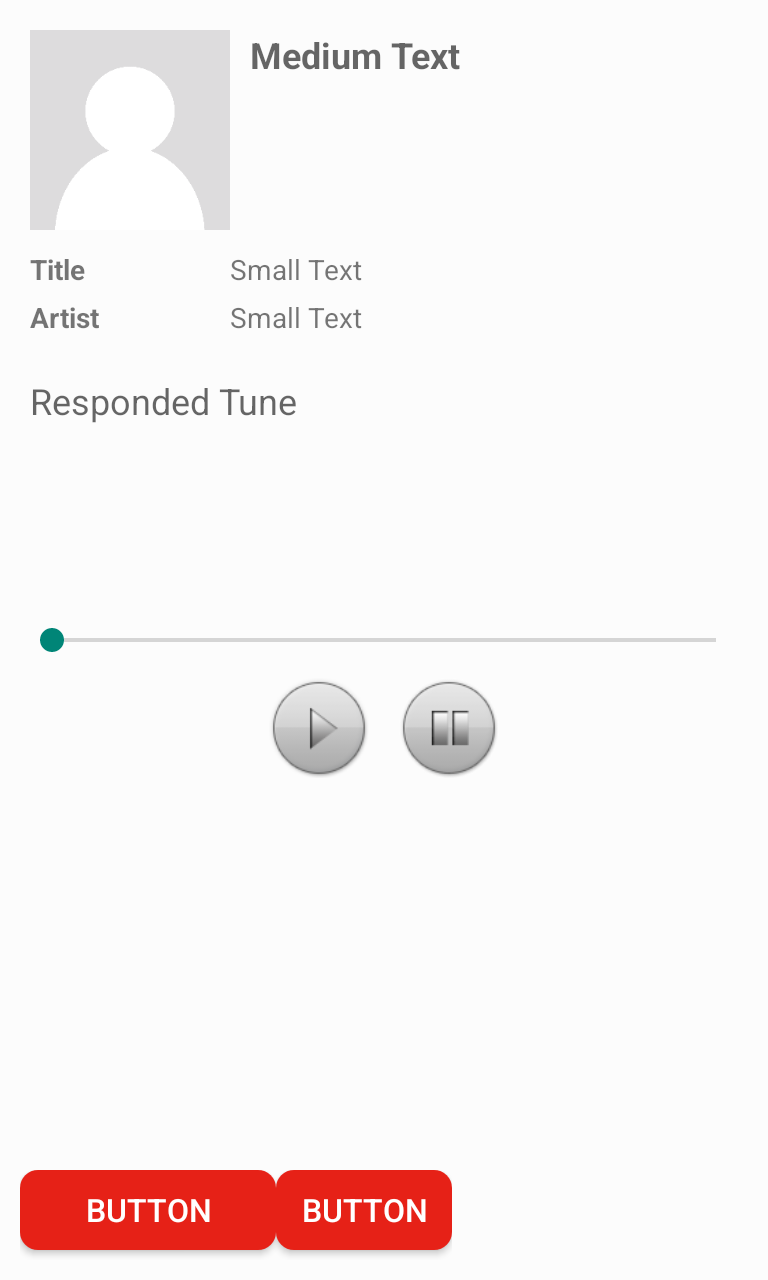
Repository: savindra/cutting-edge
Layout: Humzearch/res/layout/view_response_item.xml
The author's editor kept a copy of each file at every save. The layout is drawn from the files as they stood at one save, then again after the next save.
It is drawn on a 768 x 1280 px phone screen (xhdpi) without system bars, with theme AppTheme; the app's code is not run.

Above is the layout before, as saved 2015-06-15 17:46:28.

### Humzearch/res/layout/view_response_item.xml
<?xml version="1.0" encoding="utf-8"?>
<RelativeLayout xmlns:android="http://schemas.android.com/apk/res/android"
    android:layout_width="match_parent"
    android:layout_height="match_parent"
    android:background="@color/background"
    android:orientation="vertical" >

    <ImageView
        android:id="@+id/imgViewResponseItemUser"
        android:layout_width="100dp"
        android:layout_height="100dp"
        android:layout_alignParentLeft="true"
        android:layout_alignParentTop="true"
        android:layout_marginLeft="15dp"
        android:layout_marginTop="15dp"
        android:src="@drawable/ic_default_user" />

    <LinearLayout
        android:id="@+id/linearLayout1"
        android:layout_width="wrap_content"
        android:layout_height="wrap_content"
        android:layout_alignParentLeft="true"
        android:layout_below="@+id/imgViewResponseItemUser"
        android:layout_marginLeft="15dp"
        android:layout_marginTop="10dp" >

        <TextView
            android:id="@+id/textView1"
            android:layout_width="100dp"
            android:layout_height="wrap_content"
            android:text="@string/title"
            android:textAppearance="?android:attr/textAppearanceSmall"
            android:textStyle="bold" />

        <TextView
            android:id="@+id/txtViewResponseItemTitle"
            android:layout_width="wrap_content"
            android:layout_height="wrap_content"
            android:text="Small Text"
            android:textAppearance="?android:attr/textAppearanceSmall" />
    </LinearLayout>

    <TextView
        android:id="@+id/txtViewResponseName"
        android:layout_width="wrap_content"
        android:layout_height="wrap_content"
        android:layout_alignTop="@+id/imgViewResponseItemUser"
        android:layout_marginLeft="10dp"
        android:layout_toRightOf="@+id/imgViewResponseItemUser"
        android:text="Medium Text"
        android:textAppearance="?android:attr/textAppearanceMedium"
        android:textStyle="bold" />

    <LinearLayout
        android:id="@+id/linearLayout2"
        android:layout_width="wrap_content"
        android:layout_height="wrap_content"
        android:layout_alignLeft="@+id/linearLayout1"
        android:layout_below="@+id/linearLayout1"
        android:layout_marginTop="5dp" >

        <TextView
            android:id="@+id/textView2"
            android:layout_width="100dp"
            android:layout_height="wrap_content"
            android:text="@string/artist"
            android:textAppearance="?android:attr/textAppearanceSmall"
            android:textStyle="bold" />

        <TextView
            android:id="@+id/textView3"
            android:layout_width="wrap_content"
            android:layout_height="wrap_content"
            android:text="Small Text"
            android:textAppearance="?android:attr/textAppearanceSmall" />
    </LinearLayout>

    <TextView
        android:id="@+id/textView4"
        android:layout_width="wrap_content"
        android:layout_height="wrap_content"
        android:layout_alignLeft="@+id/linearLayout2"
        android:layout_below="@+id/linearLayout2"
        android:layout_marginTop="20dp"
        android:text="@string/respondedtune"
        android:textAppearance="?android:attr/textAppearanceMedium" />

    <SeekBar
        android:id="@+id/seekBar1"
        android:layout_width="match_parent"
        android:layout_height="wrap_content"
        android:layout_alignParentLeft="true"
        android:layout_centerVertical="true"
        android:layout_margin="10dp" />

    <LinearLayout
        android:layout_width="match_parent"
        android:layout_height="wrap_content"
        android:layout_below="@+id/seekBar1"
        android:gravity="center" >

        <Button
            android:id="@+id/button1"
            android:layout_width="50dp"
            android:layout_height="50dp"
            android:layout_marginRight="15dp"
            android:background="@drawable/play_button" />

        <Button
            android:id="@+id/button2"
            android:layout_width="50dp"
            android:layout_height="50dp"
            android:background="@drawable/pause_button" />

    </LinearLayout>

    <LinearLayout
        android:layout_width="wrap_content"
        android:layout_height="wrap_content"
        android:layout_alignParentBottom="true"
        android:layout_alignParentLeft="true"
        android:layout_margin="10dp"
        android:orientation="horizontal" >

        <Button
            android:id="@+id/button3"
            android:layout_width="128dp"
            android:layout_height="40dp"
            android:layout_marginBottom="5dp"
            android:layout_weight="0.5"
            android:background="@drawable/buttonshape"
            android:text="Button"
            android:textColor="#FFFFFF"
            android:textSize="16sp" />

        <Button
            android:id="@+id/button4"
            android:layout_width="wrap_content"
            android:layout_height="40dp"
            android:layout_weight="0.5"
            android:background="@drawable/buttonshape"
            android:text="Button"
            android:textColor="#FFFFFF"
            android:textSize="16sp" />

    </LinearLayout>

</RelativeLayout>

### Humzearch/res/values-v21/style.xml
<?xml version="1.0" encoding="utf-8"?>
<resources>
    <style name="AppTheme" parent="AppTheme.Base">
        <!-- Customize your theme using Material Design here. -->
    </style>
</resources>

### Humzearch/res/values/styles.xml
<resources>

    <!-- Base application theme. -->
    <style name="AppTheme" parent="AppTheme.Base"/>

    <style name="AppTheme.Base" parent="Theme.AppCompat.Light.DarkActionBar">
        <!-- Customize your theme here. -->

        <!-- colorPrimary is used for the default action bar background -->
        <item name="colorPrimary">@color/ColorPrimary</item>

        <!-- colorPrimaryDark is used for the status bar -->
        <item name="colorPrimaryDark">@color/ColorPrimaryDark</item>

        <!-- colorAccent is used as the default value for colorControlActivated
             which is used to tint widgets -->

        <!-- You can also set colorControlNormal, colorControlActivated
             colorControlHighlight & colorSwitchThumbNormal. -->

        <item name="homeAsUpIndicator">@drawable/ic_drawer</item>
		<item name="android:homeAsUpIndicator">@drawable/ic_drawer</item>
    </style>

    <style name="AppTheme.NoTitleBar" parent="Theme.AppCompat.Light.NoActionBar">
        <!-- Customize your theme here. -->

        <!-- colorPrimary is used for the default action bar background -->
        <item name="colorPrimary">@color/ColorPrimary</item>

        <!-- colorPrimaryDark is used for the status bar -->
        <item name="colorPrimaryDark">@color/ColorPrimaryDark</item>

        <!-- colorAccent is used as the default value for colorControlActivated
             which is used to tint widgets -->

        <!-- You can also set colorControlNormal, colorControlActivated
             colorControlHighlight & colorSwitchThumbNormal. -->
    </style>

    <style name="AppTheme.BackButton" parent="Theme.AppCompat.Light.DarkActionBar">
        <!-- Customize your theme here. -->

        <!-- colorPrimary is used for the default action bar background -->
        <item name="colorPrimary">@color/ColorPrimary</item>

        <!-- colorPrimaryDark is used for the status bar -->
        <item name="colorPrimaryDark">@color/ColorPrimaryDark</item>

        <!-- colorAccent is used as the default value for colorControlActivated
             which is used to tint widgets -->

        <!-- You can also set colorControlNormal, colorControlActivated
             colorControlHighlight & colorSwitchThumbNormal. -->
    </style>

    <style name="toolbar_bottom" parent="Widget.AppCompat.Toolbar">
    	<item name="contentInsetStart">0dp</item>
    	<item name="contentInsetEnd">0dp</item>
	</style>

</resources>

### Humzearch/res/values/color.xml
<?xml version="1.0" encoding="utf-8"?>
<resources>
    <color name="ColorPrimary">#e62117</color>
    <color name="ColorPrimaryDark">#c31c13</color>
    <color name="tabsScrollColor">#8a140e</color>
    <color name="fontblack">#000</color>

    <!-- Main menu colors -->
    <color name="list_item_title">#303030</color>
    <color name="list_background">#eee</color>
    <color name="list_background_pressed">#aaa</color>
    <color name="list_divider">#ccc</color>
    <color name="counter_text_bg">#626262</color>
    <color name="counter_text_color">#c5c4c4</color>

    <color name="button">#ccc</color>

    <color name="link">#909090</color>
    <color name="secondbar">#f5f5f5</color>
    <color name="background">#fcfcfc</color>

</resources>

### Humzearch/res/values/dimens.xml
<resources>

    <!-- Default screen margins, per the Android Design guidelines. -->
    <dimen name="activity_horizontal_margin">16dp</dimen>
    <dimen name="activity_vertical_margin">16dp</dimen>
    <dimen name="fontsize">18sp</dimen>

    <dimen name="title">17dp</dimen>
    <dimen name="rating">15dip</dimen>
    <dimen name="genre">13dip</dimen>
    <dimen name="year">12dip</dimen>

</resources>

### Humzearch/res/values/strings.xml
<?xml version="1.0" encoding="utf-8"?>
<resources>

    <string name="app_name">Humzearch</string>
    <string name="hello_world">Hello world!</string>
    <string name="action_settings">Settings</string>
    <string name="username">Username</string>
    <string name="email">Email</string>
    <string name="password">Password</string>
    <string name="login">Login</string>
    <string name="firstname">First Name</string>
    <string name="fullname">Full Name</string>
    <string name="firstandlast">First and Last Name</string>
    <string name="passwordhint">At least 6 characters</string>
    <string name="confirmpass">Confirm Password</string>
    <string name="logout">Logout</string>

    <!-- Nav Drawer Menu Items -->
    <string-array name="main_menu_items">
        <item >Record Tune</item>
        <item >View Tunes</item>
        <item >View Responses</item>
        <item >Rewards</item>
        <item >Messages</item>
        <item >My Account</item>
    </string-array>

    <!-- Nav Drawer List Item Icons -->
    <array name="main_menu_icons">
        <item>@drawable/ic_recordtune</item>
        <item>@drawable/ic_viewtune</item>
        <item>@drawable/ic_viewresponse</item>
        <item>@drawable/ic_reward</item>
        <item>@drawable/ic_messages</item>
        <item>@drawable/ic_myaccount</item>
    </array>

    <string name="desc_list_item_icon">Item Icon</string>

    <string name="timerstart">00:00</string>

    <string name="taptorecord">Tap to Record</string>

    <string name="playpreview">Play Preview</string>

    <string name="notsatisfied">Not satisfied with results?</string>

    <string name="sharewithcommunity">SHARE WITH COMMUNITY</string>

    <!-- Language List -->
    <string-array name="language_array">
        <item>-- Not Selected --</item>
        <item>English</item>
        <item>Chinese/Mandarin</item>
        <item>Spanish</item>
        <item>Arabic</item>
        <item>Hindi</item>
        <item>Russain</item>
        <item>Sinhalese</item>
    </string-array>

    <!-- Country List -->
    <string-array name="countries_array">
        <item>Not Selected</item>
	    <item>Afghanistan</item>
	    <item>Albania</item>
	    <item>Algeria</item>
	    <item>American Samoa</item>
	    <item>Andorra</item>
	    <item>Angola</item>
	    <item>Anguilla</item>
	    <item>Antarctica</item>
	    <item>Antigua and Barbuda</item>
	    <item>Argentina</item>
	    <item>Armenia</item>
	    <item>Aruba</item>
	    <item>Australia</item>
	    <item>Austria</item>
	    <item>Azerbaijan</item>
	    <item>Bahrain</item>
	    <item>Bangladesh</item>
	    <item>Barbados</item>
	    <item>Belarus</item>
	    <item>Belgium</item>
	    <item>Belize</item>
	    <item>Benin</item>
	    <item>Bermuda</item>
	    <item>Bhutan</item>
	    <item>Bolivia</item>
	    <item>Bosnia and Herzegovina</item>
	    <item>Botswana</item>
	    <item>Bouvet Island</item>
	    <item>Brazil</item>
	    <item>British Indian Ocean Territory</item>
	    <item>British Virgin Islands</item>
	    <item>Brunei</item>
	    <item>Bulgaria</item>
	    <item>Burkina Faso</item>
	    <item>Burundi</item>
	    <item>Cambodia</item>
	    <item>Cameroon</item>
	    <item>Canada</item>
	    <item>Cape Verde</item>
	    <item>Cayman Islands</item>
	    <item>Central African Republic</item>
	    <item>Chad</item>
	    <item>Chile</item>
	    <item>China</item>
	    <item>Christmas Island</item>
	    <item>Cocos (Keeling) Islands</item>
	    <item>Colombia</item>
	    <item>Comoros</item>
	    <item>Congo</item>
	    <item>Cook Islands</item>
	    <item>Costa Rica</item>
	    <item>Cote d\'Ivoire</item>
	    <item>Croatia</item>
	    <item>Cuba</item>
	    <item>Cyprus</item>
	    <item>Czech Republic</item>
	    <item>Democratic Republic of the Congo</item>
	    <item>Denmark</item>
	    <item>Djibouti</item>
	    <item>Dominica</item>
	    <item>Dominican Republic</item>
	    <item>East Timor</item>
	    <item>Ecuador</item>
	    <item>Egypt</item>
	    <item>El Salvador</item>
	    <item>Equatorial Guinea</item>
	    <item>Eritrea</item>
	    <item>Estonia</item>
	    <item>Ethiopia</item>
	    <item>Faeroe Islands</item>
	    <item>Falkland Islands</item>
	    <item>Fiji</item>
	    <item>Finland</item>
	    <item>Former Yugoslav Republic of Macedonia</item>
	    <item>France</item>
	    <item>French Guiana</item>
	    <item>French Polynesia</item>
	    <item>French Southern Territories</item>
	    <item>Gabon</item>
	    <item>Georgia</item>
	    <item>Germany</item>
	    <item>Ghana</item>
	    <item>Gibraltar</item>
	    <item>Greece</item>
	    <item>Greenland</item>
	    <item>Grenada</item>
	    <item>Guadeloupe</item>
	    <item>Guam</item>
	    <item>Guatemala</item>
	    <item>Guinea</item>
	    <item>Guinea-Bissau</item>
	    <item>Guyana</item>
	    <item>Haiti</item>
	    <item>Heard Island and McDonald Islands</item>
	    <item>Honduras</item>
	    <item>Hong Kong</item>
	    <item>Hungary</item>
	    <item>Iceland</item>
	    <item>India</item>
	    <item>Indonesia</item>
	    <item>Iran</item>
	    <item>Iraq</item>
	    <item>Ireland</item>
	    <item>Israel</item>
	    <item>Italy</item>
	    <item>Jamaica</item>
	    <item>Japan</item>
	    <item>Jordan</item>
	    <item>Kazakhstan</item>
	    <item>Kenya</item>
	    <item>Kiribati</item>
	    <item>Kuwait</item>
	    <item>Kyrgyzstan</item>
	    <item>Laos</item>
	    <item>Latvia</item>
	    <item>Lebanon</item>
	    <item>Lesotho</item>
	    <item>Liberia</item>
	    <item>Libya</item>
	    <item>Liechtenstein</item>
	    <item>Lithuania</item>
	    <item>Luxembourg</item>
	    <item>Macau</item>
	    <item>Madagascar</item>
	    <item>Malawi</item>
	    <item>Malaysia</item>
	    <item>Maldives</item>
	    <item>Mali</item>
	    <item>Malta</item>
	    <item>Marshall Islands</item>
	    <item>Martinique</item>
	    <item>Mauritania</item>
	    <item>Mauritius</item>
	    <item>Mayotte</item>
	    <item>Mexico</item>
	    <item>Micronesia</item>
	    <item>Moldova</item>
	    <item>Monaco</item>
	    <item>Mongolia</item>
	    <item>Montenegro</item>
	    <item>Montserrat</item>
	    <item>Morocco</item>
	    <item>Mozambique</item>
	    <item>Myanmar</item>
	    <item>Namibia</item>
	    <item>Nauru</item>
	    <item>Nepal</item>
	    <item>Netherlands</item>
	    <item>Netherlands Antilles</item>
	    <item>New Caledonia</item>
	    <item>New Zealand</item>
	    <item>Nicaragua</item>
	    <item>Niger</item>
	    <item>Nigeria</item>
	    <item>Niue</item>
	    <item>Norfolk Island</item>
	    <item>North Korea</item>
	    <item>Northern Marianas</item>
	    <item>Norway</item>
	    <item>Oman</item>
	    <item>Pakistan</item>
	    <item>Palau</item>
	    <item>Panama</item>
	    <item>Papua New Guinea</item>
	    <item>Paraguay</item>
	    <item>Peru</item>
	    <item>Philippines</item>
	    <item>Pitcairn Islands</item>
	    <item>Poland</item>
	    <item>Portugal</item>
	    <item>Puerto Rico</item>
	    <item>Qatar</item>
	    <item>Reunion</item>
	    <item>Romania</item>
	    <item>Russia</item>
	    <item>Rwanda</item>
	    <item>Sqo Tome and Principe</item>
	    <item>Saint Helena</item>
	    <item>Saint Kitts and Nevis</item>
	    <item>Saint Lucia</item>
	    <item>Saint Pierre and Miquelon</item>
	    <item>Saint Vincent and the Grenadines</item>
	    <item>Samoa</item>
	    <item>San Marino</item>
	    <item>Saudi Arabia</item>
	    <item>Senegal</item>
	    <item>Serbia</item>
	    <item>Seychelles</item>
	    <item>Sierra Leone</item>
	    <item>Singapore</item>
	    <item>Slovakia</item>
	    <item>Slovenia</item>
	    <item>Solomon Islands</item>
	    <item>Somalia</item>
	    <item>South Africa</item>
	    <item>South Georgia and the South Sandwich Islands</item>
	    <item>South Korea</item>
	    <item>South Sudan</item>
	    <item>Spain</item>
	    <item>Sri Lanka</item>
	    <item>Sudan</item>
	    <item>Suriname</item>
	    <item>Svalbard and Jan Mayen</item>
	    <item>Swaziland</item>
	    <item>Sweden</item>
	    <item>Switzerland</item>
	    <item>Syria</item>
	    <item>Taiwan</item>
	    <item>Tajikistan</item>
	    <item>Tanzania</item>
	    <item>Thailand</item>
	    <item>The Bahamas</item>
	    <item>The Gambia</item>
	    <item>Togo</item>
	    <item>Tokelau</item>
	    <item>Tonga</item>
	    <item>Trinidad and Tobago</item>
	    <item>Tunisia</item>
	    <item>Turkey</item>
	    <item>Turkmenistan</item>
	    <item>Turks and Caicos Islands</item>
	    <item>Tuvalu</item>
	    <item>Virgin Islands</item>
	    <item>Uganda</item>
	    <item>Ukraine</item>
	    <item>United Arab Emirates</item>
	    <item>United Kingdom</item>
	    <item>United States</item>
	    <item>United States Minor Outlying Islands</item>
	    <item>Uruguay</item>
	    <item>Uzbekistan</item>
	    <item>Vanuatu</item>
	    <item>Vatican City</item>
	    <item>Venezuela</item>
	    <item>Vietnam</item>
	    <item>Wallis and Futuna</item>
	    <item>Western Sahara</item>
	    <item>Yemen</item>
	    <item>Yugoslavia</item>
	    <item>Zambia</item>
	    <item>Zimbabwe</item>
 	</string-array>
	    <string name="artist">Artist</string>
	    <string name="language">Language</string>
	    <string name="country">Country</string>
	    <string name="year">Year</string>
	    <string name="share">Share</string>
	    <string name="playtune">Play Tune</string>
	    <string name="addresponse">ADD RESPONSE</string>
	    <string name="title">Title</string>
	    <string name="alltunes">All Tunes</string>
	    <string name="mytunes">My Tunes</string>
	    <string name="deletepermanently">Delete Permanently</string>
	    <string name="respondedtune">Responded Tune</string>

</resources>

### Humzearch/res/drawable/play_button.xml
<?xml version="1.0" encoding="utf-8"?>
<selector xmlns:android="http://schemas.android.com/apk/res/android">
    <item android:drawable="@drawable/ic_play_pressed"
          android:state_pressed="true" />
    <item android:drawable="@drawable/ic_play_focussed"
          android:state_focused="true" />
    <item android:drawable="@drawable/ic_play_normal" />
</selector>

### Humzearch/res/drawable/pause_button.xml
<?xml version="1.0" encoding="utf-8"?>
<selector xmlns:android="http://schemas.android.com/apk/res/android">
    <item android:drawable="@drawable/ic_pause_pressed"
          android:state_pressed="true" />
    <item android:drawable="@drawable/ic_pause_focussed"
          android:state_focused="true" />
    <item android:drawable="@drawable/ic_pause_normal" />
</selector>

### Humzearch/res/drawable/buttonshape.xml
<?xml version="1.0" encoding="utf-8"?>
<shape xmlns:android="http://schemas.android.com/apk/res/android" android:shape="rectangle" >
	<corners
		android:radius="9dp"
	/>
	<solid
		android:color="#e62117"
	/>
	<padding
		android:left="0dp"
		android:top="0dp"
		android:right="0dp"
		android:bottom="0dp"
	/>
</shape>

After the next save:
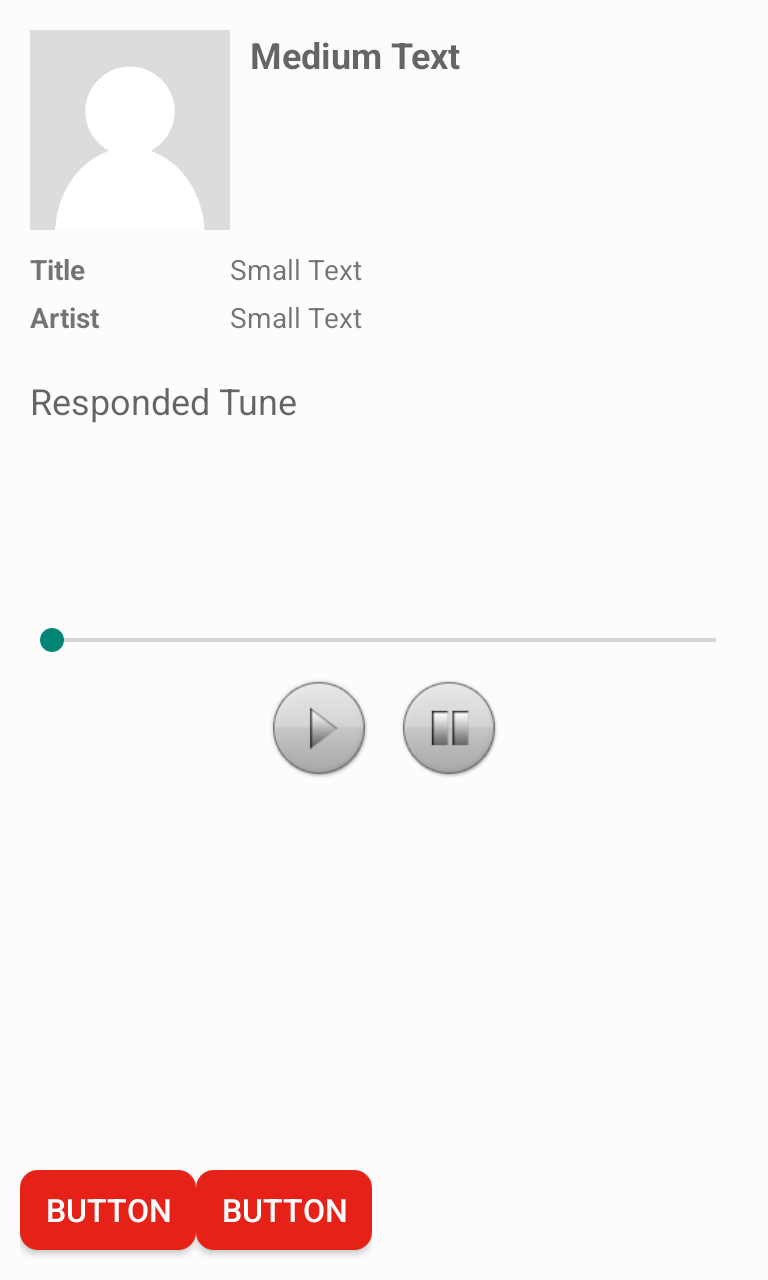
Saved 101 s later.
--- a/Humzearch/res/layout/view_response_item.xml
+++ b/Humzearch/res/layout/view_response_item.xml
@@ -124,10 +124,10 @@
 
         <Button
             android:id="@+id/button3"
-            android:layout_width="128dp"
+            android:layout_width="0dp"
             android:layout_height="40dp"
             android:layout_marginBottom="5dp"
-            android:layout_weight="0.5"
+            android:layout_weight="1"
             android:background="@drawable/buttonshape"
             android:text="Button"
             android:textColor="#FFFFFF"
@@ -135,9 +135,9 @@
 
         <Button
             android:id="@+id/button4"
-            android:layout_width="wrap_content"
+            android:layout_width="0dp"
             android:layout_height="40dp"
-            android:layout_weight="0.5"
+            android:layout_weight="1"
             android:background="@drawable/buttonshape"
             android:text="Button"
             android:textColor="#FFFFFF"
